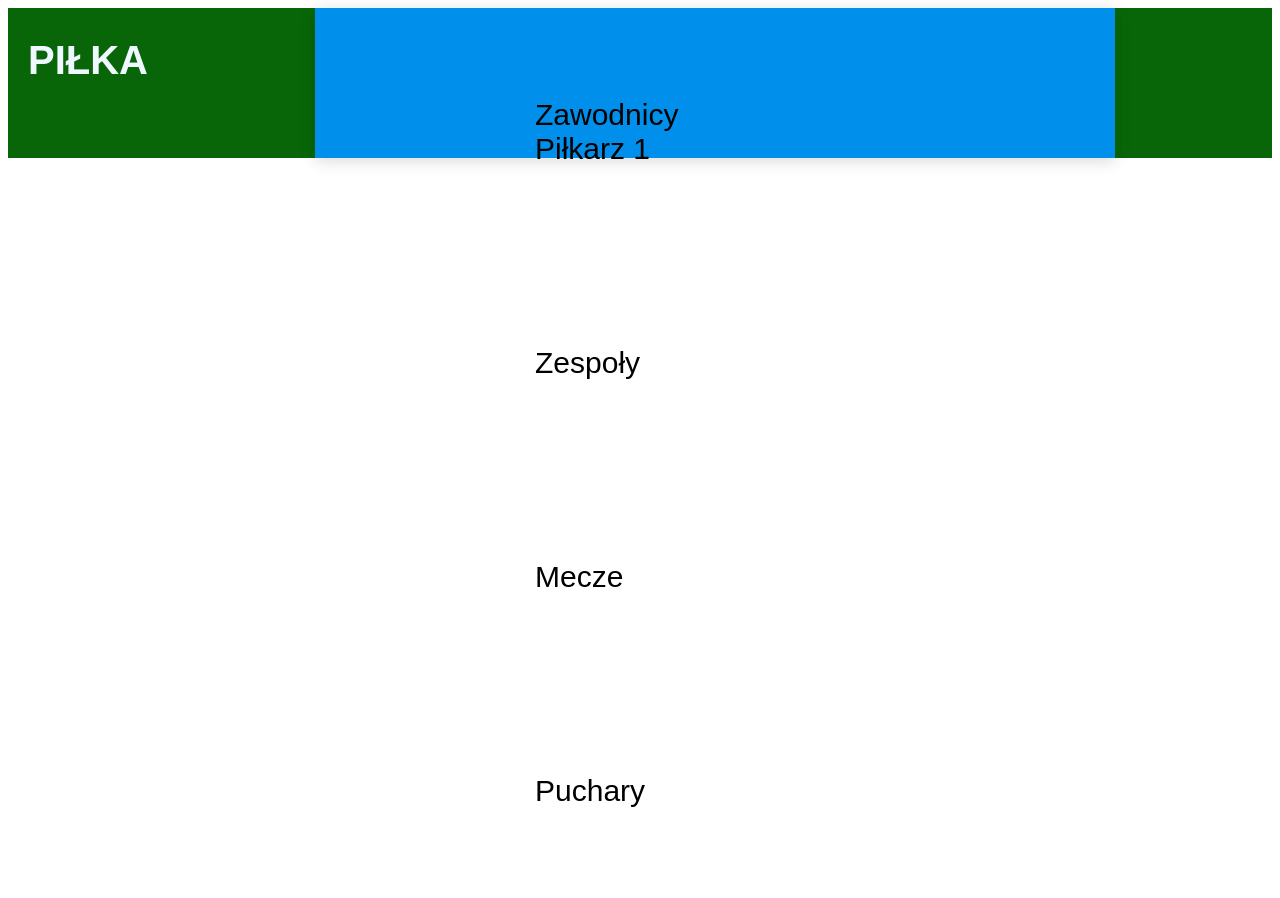
Repository: ZABA78/PAZW
Page: index.html
These files come from the project's save history. The page is drawn as it stood at one moment and after the next save; the edit follows.
The browser window is 1280 px wide. The pictures show the whole page.
Some web fonts or font styles are not loaded; a fallback is used.

Above is the page before, as saved 2023-10-17 14:27:40.

After the next save:
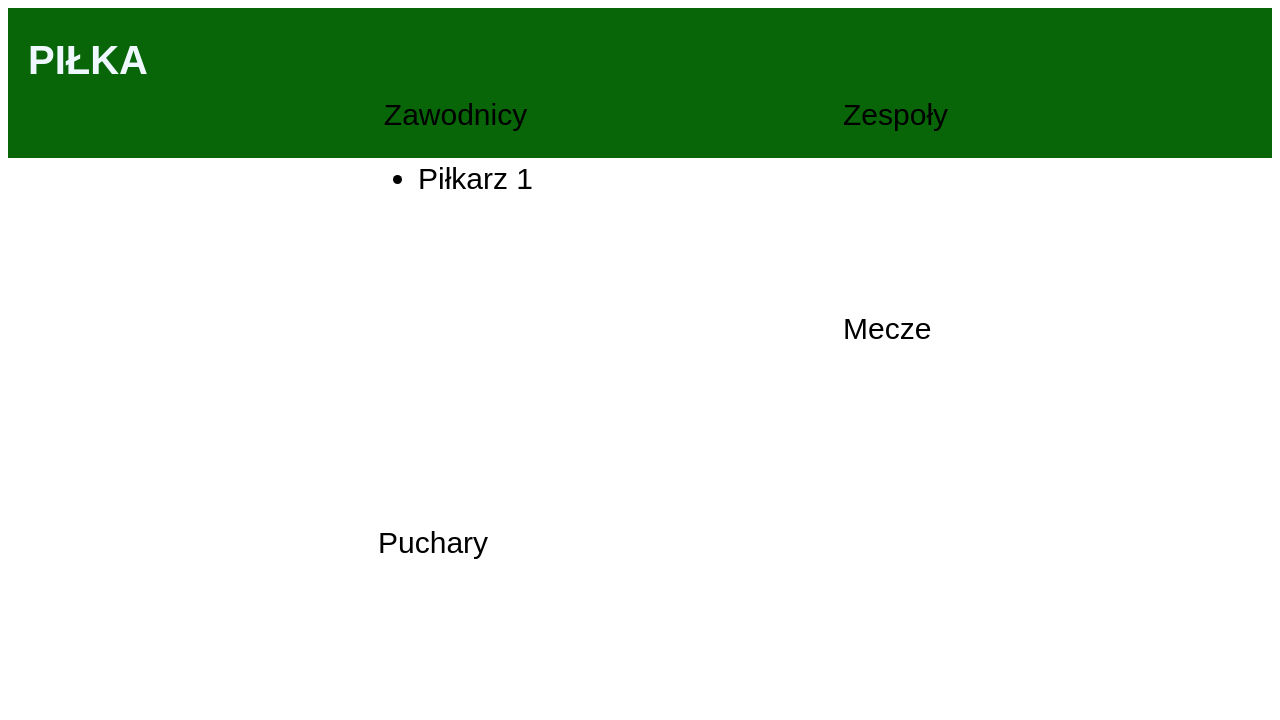
Saved 13 s later.
--- a/style.css
+++ b/style.css
@@ -9,7 +9,7 @@ h1
 {
     padding: 10px;
     font-size: 40px;
-    f;
+
     float: left;
     margin-left: 10px;
     margin-top: 20px;
@@ -32,73 +32,3 @@ text-decoration: none;
 color: black;
 font-size: 30px;
 }
-nav {
-	margin: 0 auto;
-	max-width: 800px;
-	background: #008FEA;
-	box-shadow:0 3px 15px rgba(0,0,0,.15);
-}
-
-nav::after {
-	display: block;
-	content: '';
-	clear: both;
-}
-
-nav ul {
-	padding: 0;
-	margin: 0;
-	list-style: none;
-}
-
-nav ul li {
-	float: left;
-	position: relative;
-}
-
-nav ul li a {
-	display: block;
-	color: rgba(255, 255, 255, .9);
-	text-decoration: none;
-	padding: 1rem 2rem;
-	border-top: 2px solid transparent;
-	border-bottom: 2px solid transparent;
-	transition: all .3s ease-in-out;
-}
-
-nav ul li a:hover,
-nav ul li a:focus {
-	background: rgba(0, 0, 0, .15);
-}
-
-nav ul li a:focus {
-	color: white;
-}
-
-nav ul li a:not(:only-child)::after {
-	padding-left: 4px;
-	content: ' ▾';
-}
-
-nav ul li ul li {
-	min-width: 190px;
-}
-
-nav ul li ul li a {
-	background: transparent;
-	color: #555;
-	border-bottom: 1px solid #DDE0E7;
-}
-
-nav ul li ul li a:hover,
-nav ul li ul li a:focus {
-	background: #eee;
-	color: #111;
-}
-
-.dropdown {
-	display: none;
-	position: absolute;
-	background: #fff;
-	box-shadow: 0 4px 10px rgba(10, 20, 30, .4);
-}
